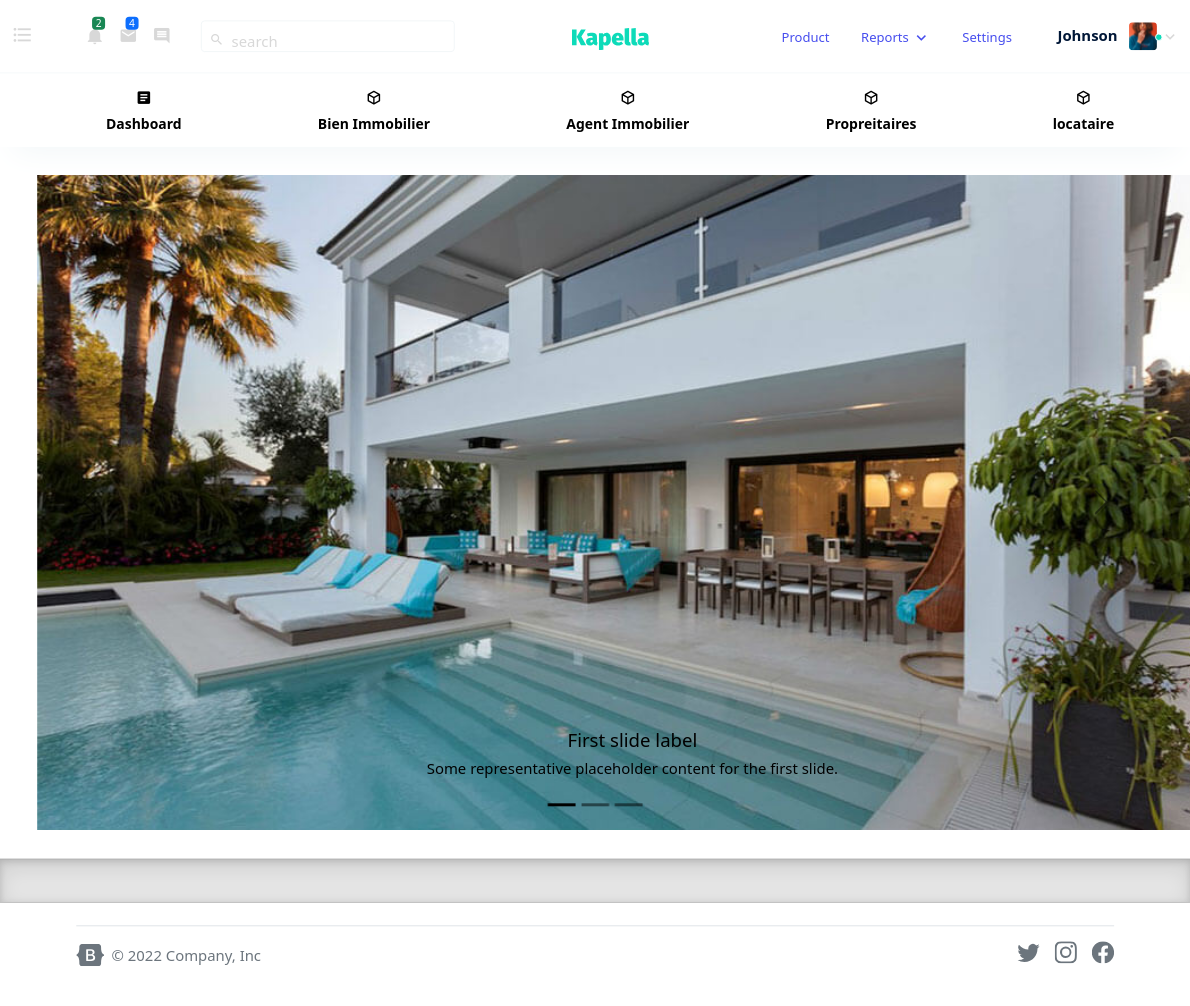
Repository: dimitri0004/Bien
Page: templates/dashbord/index.html.twig
An editor plug-in stored every save of this project. The page is shown before and after the next save, followed by the edit.
The browser window is 1280 px wide. The pictures show the whole page, at 93% of full size.
The page is a Twig template of a Symfony application; nobody is signed in and links lead nowhere. The template is opened directly, without the code that normally fills it, so the values that code supplies are empty.

Above is the page before, as saved 2023-04-05 01:21:05.
Console error: TypeError: Cannot read properties of null (reading 'addEventListener')

After the next save:
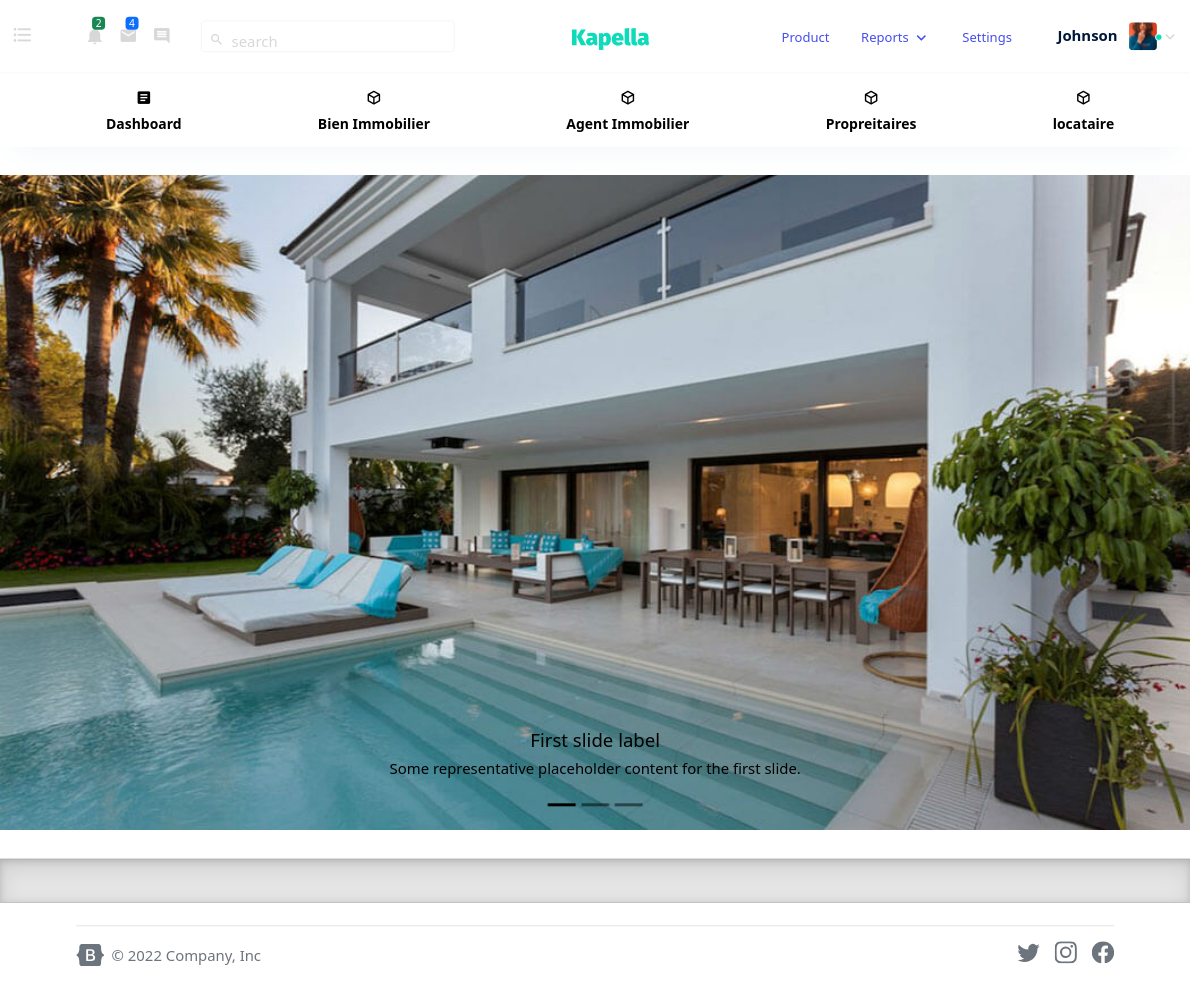
Saved 50 s later.
--- a/templates/dashbord/index.html.twig
+++ b/templates/dashbord/index.html.twig
@@ -10,7 +10,7 @@
           <button type="button" data-bs-target="#carouselExampleDark" data-bs-slide-to="1" aria-label="Slide 2"></button>
           <button type="button" data-bs-target="#carouselExampleDark" data-bs-slide-to="2" aria-label="Slide 3"></button>
         </div>
-        <div class="carousel-inner" style="margin-left: 40px; margin-right: 100px; margin-top: 30px; margin-bottom:30px;" style=";">
+        <div class="carousel-inner" style=" margin-right: 100px; margin-top: 30px; margin-bottom:30px;" style=";">
           <div class="carousel-item active" data-bs-interval="10000">
             <img src="{{ asset('uploads/image2.jpg') }}" class="d-block w-100" alt="...">
             <div class="carousel-caption d-none d-md-block">

After the save that followed:
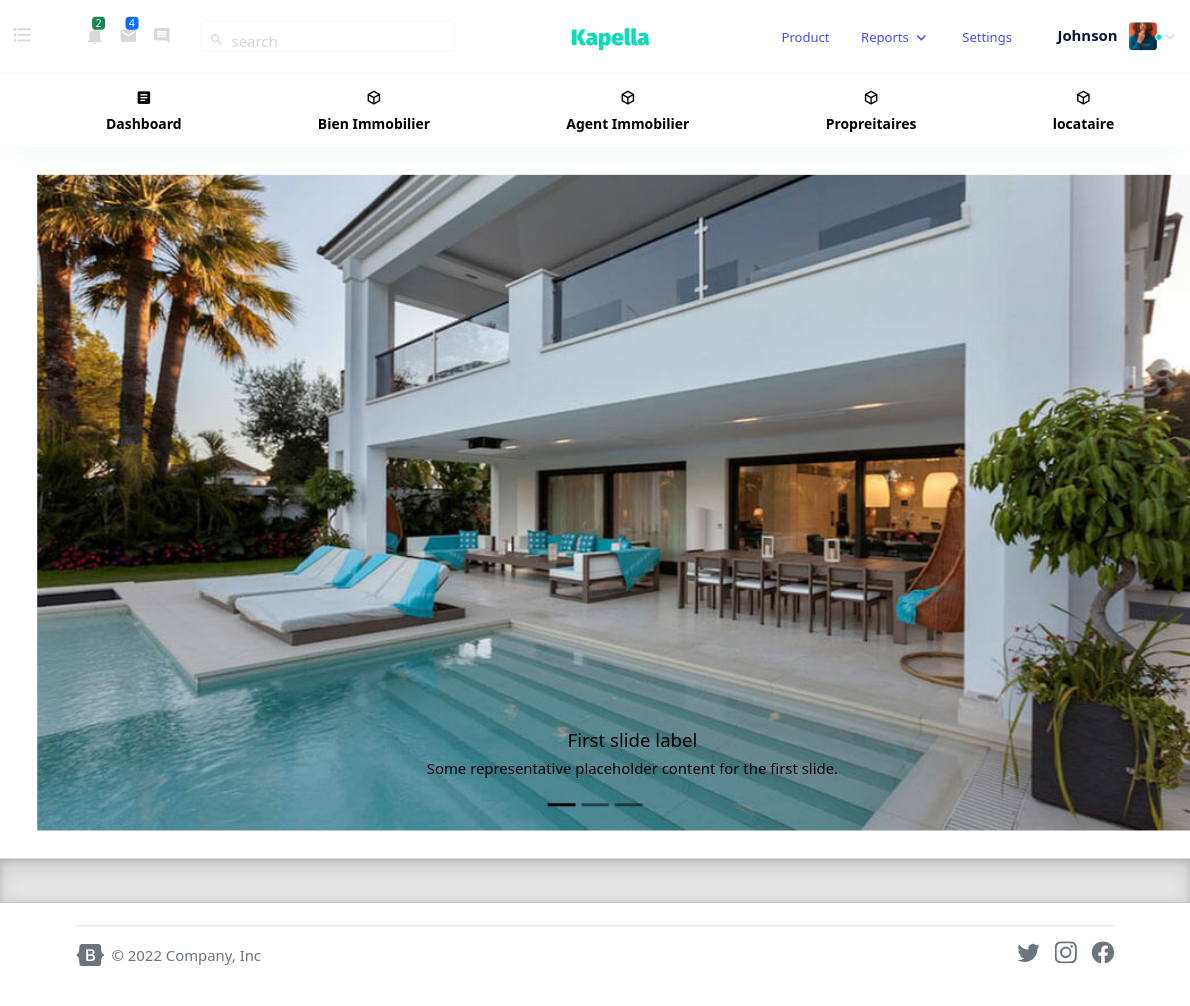
Saved 105 s later.
--- a/templates/dashbord/index.html.twig
+++ b/templates/dashbord/index.html.twig
@@ -10,7 +10,7 @@
           <button type="button" data-bs-target="#carouselExampleDark" data-bs-slide-to="1" aria-label="Slide 2"></button>
           <button type="button" data-bs-target="#carouselExampleDark" data-bs-slide-to="2" aria-label="Slide 3"></button>
         </div>
-        <div class="carousel-inner" style=" margin-right: 100px; margin-top: 30px; margin-bottom:30px;" style=";">
+        <div class="carousel-inner" style="margin-left: 40px; margin-right: 100px; margin-top: 30px; margin-bottom:30px;" >
           <div class="carousel-item active" data-bs-interval="10000">
             <img src="{{ asset('uploads/image2.jpg') }}" class="d-block w-100" alt="...">
             <div class="carousel-caption d-none d-md-block">
